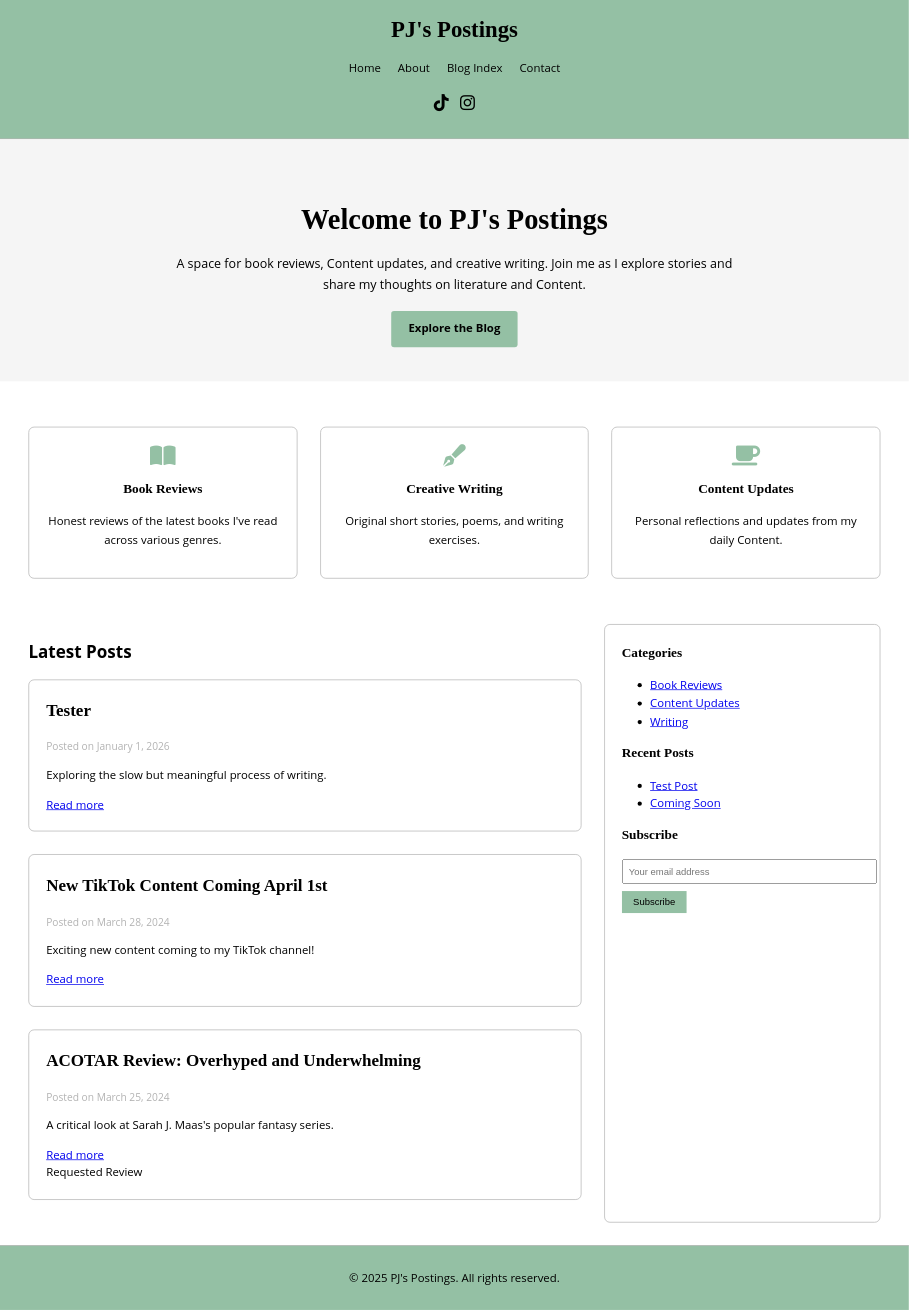
Repository: pjpatrick071/pjpatrick071.github.io
Page: index.html
These files come from the project's save history. The page is drawn as it stood at one moment and after a run of saves; the edit follows.
The browser window is 1280 px wide. The pictures show the whole page, at 71% of full size.
Some web fonts or font styles are not loaded; a fallback is used.

Above is the page before, as saved 2025-04-07 21:19:08.

### index.html
<!DOCTYPE html>
<html lang="en">
<head>
    <link rel="apple-touch-icon" sizes="180x180" href="/apple-touch-icon.png">
<link rel="icon" type="image/png" sizes="32x32" href="/favicon-32x32.png">
<link rel="icon" type="image/png" sizes="16x16" href="/favicon-16x16.png">
<link rel="manifest" href="/site.webmanifest">
    <meta charset="UTF-8">
    <meta name="viewport" content="width=device-width, initial-scale=1.0">
    <title>PJ's Postings</title>

    <!-- Fonts -->
    <link href="https://fonts-api.wp.com/css?family=Playfair+Display:400,400i,700,700i|Open+Sans:400,400i,700,700i&subset=latin,latin-ext" rel="stylesheet">

    <!-- Font Awesome (for icons) -->
    <link href="https://cdnjs.cloudflare.com/ajax/libs/font-awesome/6.4.0/css/all.min.css" rel="stylesheet">

    <!-- Main Styles -->
    <style>
        :root {
            --soft-green: #94c0a4;
            --silver: #b3b3b3;
            --black: #000000;
            --white: #ffffff;
        }

        body {
            font-family: 'Open Sans', sans-serif;
            line-height: 1.6;
            margin: 0;
            padding: 0;
            background-color: var(--white);
            color: var(--black);
        }

        /* Header Styles */
        header {
            background-color: var(--soft-green);
            padding: 1rem 0;
            text-align: center;
            border-bottom: 1px solid var(--silver);
        }

        .logo {
            font-size: 2rem;
            font-weight: bold;
            margin: 0;
            color: var(--black);
            font-family: 'Playfair Display', serif;
        }

        /* Navigation */
        nav ul {
            padding: 0;
            list-style: none;
            display: flex;
            justify-content: center;
            gap: 1.5rem;
            margin: 1rem 0;
        }

        nav a {
            text-decoration: none;
            color: var(--black);
            font-weight: 500;
            transition: color 0.3s;
        }

        nav a:hover {
            color: var(--silver);
        }

        /* Hero Section */
        .hero {
            background-color: #f5f5f5;
            padding: 3rem 1rem;
            text-align: center;
            margin-bottom: 2rem;
        }

        .hero h2 {
            font-family: 'Playfair Display', serif;
            font-size: 2.5rem;
            margin-bottom: 1rem;
        }

        .hero p {
            max-width: 800px;
            margin: 0 auto 1.5rem;
            font-size: 1.1rem;
        }

        .cta-button {
            display: inline-block;
            background-color: var(--soft-green);
            color: var(--black);
            padding: 0.8rem 1.5rem;
            border-radius: 4px;
            text-decoration: none;
            font-weight: bold;
            transition: background-color 0.3s;
        }

        .cta-button:hover {
            background-color: #82ad90;
        }

        /* Features Section */
        .features {
            display: flex;
            justify-content: space-around;
            flex-wrap: wrap;
            gap: 2rem;
            padding: 2rem;
            max-width: 1200px;
            margin: 0 auto;
        }

        .feature-card {
            flex: 1;
            min-width: 250px;
            background-color: var(--white);
            border: 1px solid var(--silver);
            border-radius: 8px;
            padding: 1.5rem;
            text-align: center;
        }

        .feature-card i {
            font-size: 2rem;
            color: var(--soft-green);
            margin-bottom: 1rem;
        }

        .feature-card h3 {
            font-family: 'Playfair Display', serif;
            margin-top: 0;
        }

        /* Main Content */
        .container {
            max-width: 1200px;
            margin: 2rem auto;
            padding: 0 1rem;
            display: grid;
            grid-template-columns: 2fr 1fr;
            gap: 2rem;
        }

        /* Blog Posts */
        .blog-post {
            background-color: var(--white);
            border: 1px solid var(--silver);
            border-radius: 8px;
            padding: 1.5rem;
            margin-bottom: 2rem;
        }

        .post-title {
            color: var(--black);
            margin-top: 0;
            font-family: 'Playfair Display', serif;
        }

        .post-meta {
            color: var(--silver);
            font-size: 0.9rem;
            margin-bottom: 1rem;
        }

        /* Sidebar */
        .sidebar {
            background-color: var(--white);
            border: 1px solid var(--silver);
            border-radius: 8px;
            padding: 1.5rem;
        }

        .sidebar-title {
            margin-top: 0;
            color: var(--black);
            font-family: 'Playfair Display', serif;
        }

        /* Footer */
        footer {
            background-color: var(--soft-green);
            text-align: center;
            padding: 1rem 0;
            border-top: 1px solid var(--silver);
            margin-top: 2rem;
        }

        /* Social Icons */
        .social-links {
            display: flex;
            justify-content: center;
            gap: 1rem;
            margin: 1rem 0;
        }

        .social-links a {
            color: var(--black);
            font-size: 1.5rem;
            transition: transform 0.3s;
        }

        .social-links a:hover {
            transform: scale(1.2);
        }

        /* Responsive Design */
        @media (max-width: 768px) {
            .container {
                grid-template-columns: 1fr;
            }

            .features {
                flex-direction: column;
            }
            .requested-badge {
                background-color: var(--soft-green);
                color: var(--black);
                padding: 0.2rem 0.5rem;
                border-radius: 4px;
                font-size: 0.8rem;
                margin-left: 0.5rem;
                font-weight: bold;
                display: inline-block;
                margin-top: 0.5rem;
            }
        }
    </style>
</head>
<body>
    <!-- Header -->
    <header>
        <h1 class="logo">PJ's Postings</h1>
        <nav>
            <ul>
                <li><a href="index.html">Home</a></li>
                <li><a href="about.html">About</a></li>
                <li><a href="blog.html"> Blog Index</a></li>
                <li><a href="contact.html">Contact</a></li>
            </ul>
        </nav>

        <!-- Social Links -->
        <div class="social-links">
            <a href="https://www.tiktok.com/@p.j.patrick" target="_blank" rel="noopener noreferrer"><i class="fab fa-tiktok"></i></a>
            <a href="https://www.instagram.com/p.j.patrick/" target="_blank" rel="noopener noreferrer"><i class="fab fa-instagram"></i></a>
        </div>
    </header>

    <!-- Hero Section -->
    <section class="hero">
        <h2>Welcome to PJ's Postings</h2>
        <p>A space for book reviews, Content updates, and creative writing. Join me as I explore stories and share my thoughts on literature and Content.</p>
        <a href="blog.html" class="cta-button">Explore the Blog</a>
    </section>

    <!-- Features Section -->
    <section class="features">
        <div class="feature-card">
            <i class="fas fa-book-open"></i>
            <h3>Book Reviews</h3>
            <p>Honest reviews of the latest books I've read across various genres.</p>
        </div>
        <div class="feature-card">
            <i class="fas fa-pen-fancy"></i>
            <h3>Creative Writing</h3>
            <p>Original short stories, poems, and writing exercises.</p>
        </div>
        <div class="feature-card">
            <i class="fas fa-coffee"></i>
            <h3>Content Updates</h3>
            <p>Personal reflections and updates from my daily Content.</p>
        </div>
    </section>

    <!-- Main Content -->
    <div class="container">
        <!-- Blog Posts Section -->
        <main>
            <h2>Latest Posts</h2>
            <div id="recent-posts-container">

            </div>
            <!-- Additional posts can be added by duplicating the article element -->
        </main>

        <!-- Sidebar -->
        <aside class="sidebar">
            <h3 class="sidebar-title">Categories</h3>
            <ul>
                <li><a href="blog.html#book-reviews">Book Reviews</a></li>
                <li><a href="blog.html#content-updates">Content Updates</a></li>
                <li><a href="blog.html#writing">Writing</a></li>
            </ul>

            <h3 class="sidebar-title">Recent Posts</h3>
            <ul>
                <li><a href="blog.html#test-post">Test Post</a></li>
                <li><a href="blog.html#coming-soon">Coming Soon</a></li>
            </ul>

            <!-- Email Subscription Form -->
            <h3 class="sidebar-title">Subscribe</h3>
            <form action="#" method="post">
                <input type="email" name="email" placeholder="Your email address" style="width: 100%; padding: 8px; margin-bottom: 10px;">
                <button type="submit" style="background: var(--soft-green); border: none; padding: 8px 16px; cursor: pointer;">Subscribe</button>
            </form>
        </aside>
    </div>

    <!-- Footer -->
    <footer>
        <p>&copy; <script>document.write(new Date().getFullYear());</script> PJ's Postings. All rights reserved.</p>
    </footer>

    <!-- JavaScript for dynamic elements -->
    <script>
        // Simple script to handle mobile menu toggle
        document.addEventListener('DOMContentLoaded', function() {
            // You can add interactive functionality here
            console.log('Blog loaded successfully!');
        });
    </script>
    <script>
        document.addEventListener('DOMContentLoaded', function() {
            // Fetch posts from your JSON file
            fetch('posts.json')
                .then(response => {
                    if (!response.ok) {
                        throw new Error('Network response was not ok');
                    }
                    return response.json();
                })
                .then(data => {
                    const allPosts = data.posts;

                    // Sort posts by date (newest first)
                    allPosts.sort((a, b) => new Date(b.date) - new Date(a.date));

                    // Get only the most recent posts (3 in this case)
                    const recentPosts = allPosts.slice(0, 3);

                    // Display them
                    const container = document.getElementById('recent-posts-container');

                    // Clear any existing content
                    container.innerHTML = '';

                    // Create and append post elements
                    recentPosts.forEach(post => {
                        const postElement = document.createElement('article');
                        postElement.className = 'blog-post';
                        postElement.innerHTML = `
                            <h2 class="post-title">${post.title}</h2>
                            <p class="post-meta">Posted on ${formatDate(post.date)}</p>
                            <div class="entry-content">
                                <p>${post.excerpt}</p>
                                <a href="${post.url}">Read more</a>
                            </div>
                            ${post.requested ? '<span class="requested-badge">Requested Review</span>' : ''}
                        `;
                        container.appendChild(postElement);
                    });

                    // Show message if no posts found
                    if (recentPosts.length === 0) {
                        container.innerHTML = '<p>No recent posts found.</p>';
                    }
                })
                .catch(error => {
                    console.error('Error loading posts:', error);
                    const container = document.getElementById('recent-posts-container');
                    container.innerHTML = '<p>Error loading recent posts. Please try again later.</p>';
                });

            function formatDate(dateString) {
                const options = { year: 'numeric', month: 'long', day: 'numeric' };
                return new Date(dateString).toLocaleDateString('en-US', options);
            }
        });
    </script>
</body>
</html>

### posts.json
{
    "posts": [
      {
        "title": "New TikTok Content Coming April 1st",
        "date": "2024-03-28",
        "url": "posts/new-tiktok.html",
        "excerpt": "Exciting new content coming to my TikTok channel!",
        "category": "content-updates",
        "requested": false
      },
      {
        "title": "ACOTAR Review: Overhyped and Underwhelming",
        "date": "2024-03-25",
        "url": "posts/acotar-review.html",
        "excerpt": "A critical look at Sarah J. Maas's popular fantasy series.",
        "category": "book-reviews",
        "requested": true
      },
      {
        "title": "Tester",
        "date": "2026-01-01",
        "url": "posts/tester.html",
        "excerpt": "Exploring the slow but meaningful process of writing.",
        "category": "writing",
        "requested": false
      }
    ]
  }

After the next 2 saves:
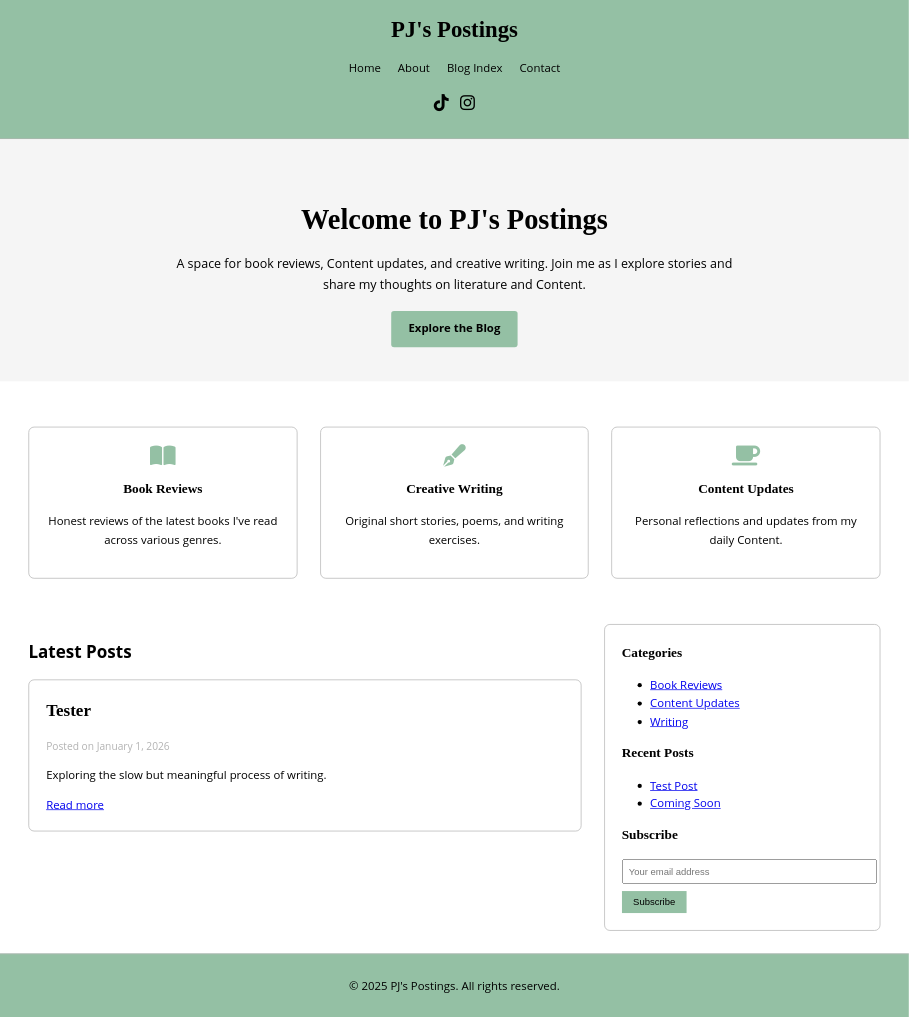
The 2 saves are shown as one change because they came seconds apart.
The last was saved 16 s later.
--- a/posts.json
+++ b/posts.json
@@ -1,21 +1,5 @@
 {
     "posts": [
-      {
-        "title": "New TikTok Content Coming April 1st",
-        "date": "2024-03-28",
-        "url": "posts/new-tiktok.html",
-        "excerpt": "Exciting new content coming to my TikTok channel!",
-        "category": "content-updates",
-        "requested": false
-      },
-      {
-        "title": "ACOTAR Review: Overhyped and Underwhelming",
-        "date": "2024-03-25",
-        "url": "posts/acotar-review.html",
-        "excerpt": "A critical look at Sarah J. Maas's popular fantasy series.",
-        "category": "book-reviews",
-        "requested": true
-      },
       {
         "title": "Tester",
         "date": "2026-01-01",
